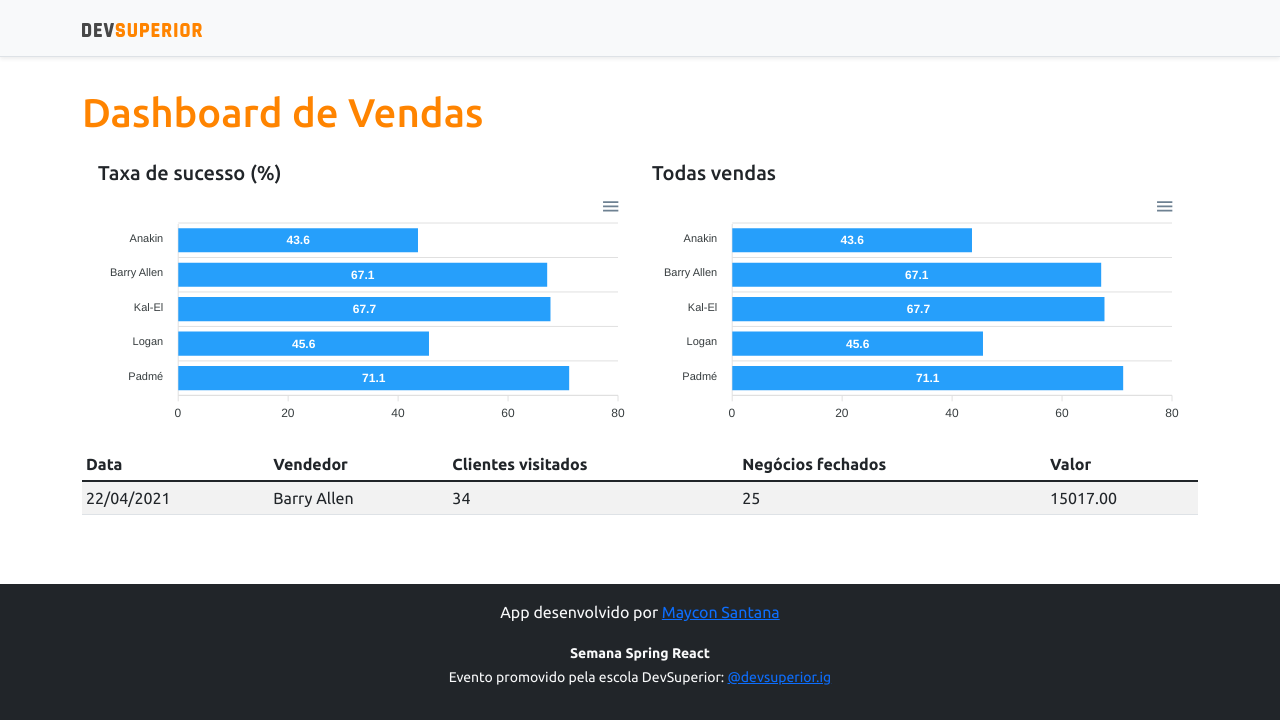
Repository: MayconInforGames2017/evento-dev-superior
Page: / (app in frontend/)
The author's editor kept a copy of each file at every save. The page is drawn from the files as they stood at one save, then again after the next save.
The browser window is 1280 px wide. The pictures show the whole page.
The project was rebuilt for these pictures with package versions that can differ from the ones it lists, and the page was loaded fresh each time.

Above is the page before, as saved 2021-09-07 12:55:01.

### frontend/public/index.html
<!DOCTYPE html>
<html lang="pt_BR">

<head>
    <meta charset="utf-8" />
    <link rel="icon" href="%PUBLIC_URL%/favicon.ico" />
    <meta name="viewport" content="width=device-width, initial-scale=1" />
    <meta name="theme-color" content="#000000" />
    <meta name="description" content="Este app foi desenvolvido na Semana Spring React" />
    <title>DSVendas</title>
</head>

<body>
    <noscript>Você precisa habilitar o JavaScript.</noscript>
    <div id="root"></div>
</body>

</html>

### frontend/src/assets/css/styles.css
@import url('https://fonts.googleapis.com/css2?family=Ubuntu:wght@300;400;500;700&display=swap');
:root {
    --color-primary: #FF8400;
}

html,
body {
    height: 100%;
    font-family: "Ubuntu", sans-serif;
}

#root {
    display: flex;
    flex-direction: column;
    height: 100%;
}

.content {
    flex: 1 0 auto;
}

.footer {
    flex-shrink: 0;
    text-align: center;
}

.bg-primary {
    background-color: var(--color-primary) !important;
}

.text-primary {
    color: var(--color-primary) !important;
}

### frontend/src/App.tsx
import BarChart from "components/BarChart";
import DataTable from "components/DataTable";
import Footer from "components/Footer";
import NavBar from "components/NavBar";

function App() {
  return (
    <>
      <NavBar/>
      <div className="container">
        <h1 className="text-primary py-3">Dashboard de Vendas</h1>

        <div className="row px-3">
          <div className="col-sm-6">
            <h5>Taxa de sucesso (%)</h5>
            <BarChart/>
          </div>
          <div className="col-sm-6">
            <h5>Todas vendas</h5>
            <BarChart/>
          </div>

        </div>

        <DataTable/>
      </div>
      <Footer/>
    </>
  );
}

export default App;

### frontend/src/components/BarChart/index.tsx
import Chart from 'react-apexcharts';

const BarChart = () => {

    const options = {
        plotOptions: {
            bar: {
                horizontal: true,
            }
        },
    };

    const mockData = {
        labels: {
            categories: ['Anakin', 'Barry Allen', 'Kal-El', 'Logan', 'Padmé']
        },
        series: [
            {
                name: "% Sucesso",
                data: [43.6, 67.1, 67.7, 45.6, 71.1]
            }
        ]
    };

    return (
        <Chart
            options={{ ...options, xaxis: mockData.labels}}
            series={mockData.series}
            type="bar"
            height="240"
        />
    );
  }

  export default BarChart;

### frontend/src/components/DataTable/index.tsx
const DataTable = () => {
    return (
        <div className="table-responsive">
            <table className="table table-striped table-sm">
                <thead>
                    <tr>
                        <th>Data</th>
                        <th>Vendedor</th>
                        <th>Clientes visitados</th>
                        <th>Negócios fechados</th>
                        <th>Valor</th>
                    </tr>
                </thead>
                <tbody>
                    <tr>
                        <td>22/04/2021</td>
                        <td>Barry Allen</td>
                        <td>34</td>
                        <td>25</td>
                        <td>15017.00</td>
                    </tr>
                </tbody>
            </table>
        </div>
    );
  }

  export default DataTable;

### frontend/src/components/Footer/index.tsx
const Footer = () => {
    return (
        <footer className="footer mt-auto py-3 bg-dark">
            <div className="container">
                <p className="text-light">App desenvolvido por <a href="https://github.com/MayconInforGames2017" target="_blank" rel="noreferrer">Maycon Santana</a></p>
                <p className="text-light"><small><strong>Semana Spring React</strong><br/>
                Evento promovido pela escola DevSuperior: <a href="https://instagram.com/devsuperior.ig" target="_blank" rel="noreferrer">@devsuperior.ig</a></small></p>
            </div>
        </footer>
    );
  }

  export default Footer;

### frontend/src/components/NavBar/index.tsx
import ImgDsDark from 'assets/img/ds-dark.svg';

const NavBar = () => {
    return (
        <div className="d-flex flex-column flex-md-row align-items-center p-3 px-md-4 mb-3 bg-light border-bottom shadow-sm">
            <div className="container">
                <nav className="my-2 my-md-0 mr-md-3">
                    <img src={ImgDsDark} alt="DevSuperior" width="120" />
                </nav>
            </div>
      </div>
    );
  }

  export default NavBar;

Loaded but not shown: frontend/src/index.tsx (common file)

After the next save:
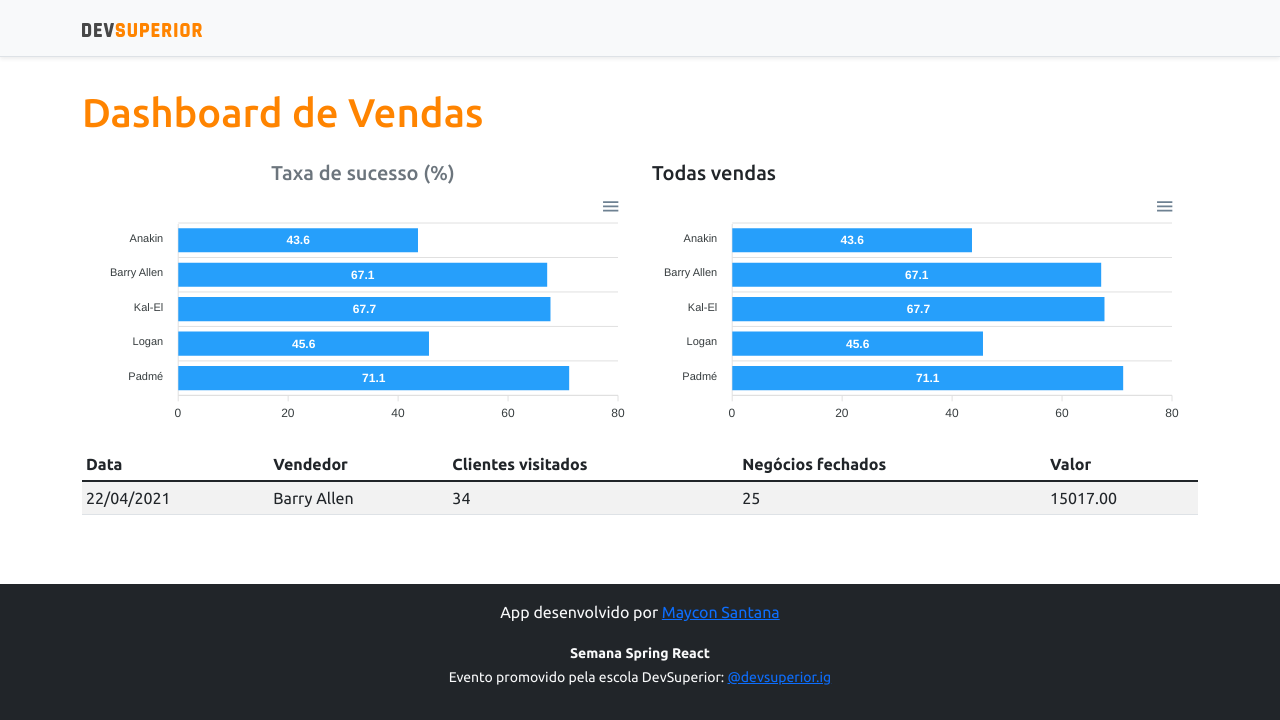
Saved 51 s later.
--- a/frontend/src/App.tsx
+++ b/frontend/src/App.tsx
@@ -12,7 +12,7 @@ function App() {
 
         <div className="row px-3">
           <div className="col-sm-6">
-            <h5>Taxa de sucesso (%)</h5>
+            <h5 className="text-center text-secondary">Taxa de sucesso (%)</h5>
             <BarChart/>
           </div>
           <div className="col-sm-6">
